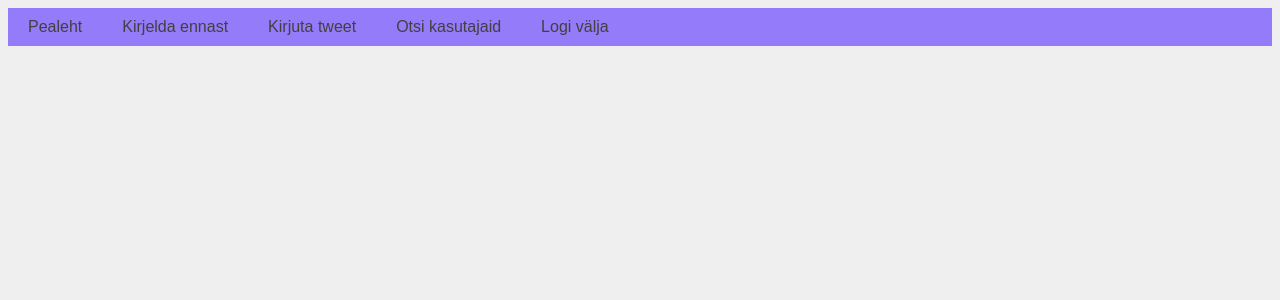
Repository: kairitsims/tarkvaratehnika
Page: Fitt/src/main/main.html
These files come from the project's save history. The page is drawn as it stood at one moment and after the next save; the edit follows.
The browser window is 1280 px wide. The pictures show the whole page.

Above is the page before, as saved 2017-02-18 16:17:44.

### Fitt/src/main/main.html
<!DOCTYPE html>
<html>

<head>
    <meta charset="utf-8">
    <title>Esileht</title>
    <link rel = "stylesheet" href="style.css">
</head>

<body>

<div>
    <ul>
        <li><a href="main.php">Pealeht</a></li>
        <li><a href="description.php">Kirjelda ennast</a></li>
        <li><a href="tweet.php">Kirjuta tweet</a></li>
        <li><a href="search.php">Otsi kasutajaid</a></li>
        <li><a href="logout.php">Logi välja</a></li>
    </ul>
</div>


</body>
</html>

### Fitt/src/main/style.css
body{
    background-color: #efefef;
    font-family: sans-serif;
    text-align: center;
}

 .main{
    width: 500px;
    height: 400px;
    background-color: white;
    color: #4a4a4a;
    margin-left: auto;
    margin-right: auto;
    margin-top: 100px;
}

.tableStyle{
    margin-left: auto;
    margin-right: auto;
}

button{
    background-color: #558ED5;
    color: white;
    border: none;
    margin-left: auto;
    margin-right: auto;
    text-align: center;
    text-decoration: none;
    display: inline-block;
    font-size: 16px;
    cursor: pointer;
    margin-top: 20px;
    width: 70px;
    height: 50px;
}

input[type="text"] {
    width: 150px;
}

input[type="password"] {
    width: 150px;
}

ul {
    list-style-type: none; /*Eemaldab punktid listi eest*/
    margin: 0; /*Eemaldab brauseri standartseaded*/
    padding: 0; /*Eemaldab brauseri standartseaded*/
    overflow: hidden;
    background-color: #937bfa;
}

li {
    float: left; /*Selle abil sain menüü horisontaalseks*/
}

li a {
    display: block; /*ruudu kujulised menüülingid*/
    color: #414141; /*menüü teksti värv*/
    text-align: center;
    padding: 10px 20px; /*Menüükastide suurused*/
    text-decoration: none;
}

li a:hover {
    background-color: #dbdbdb; /*Peale liikudes muudab värvi menüü valik*/
}

After the next save:
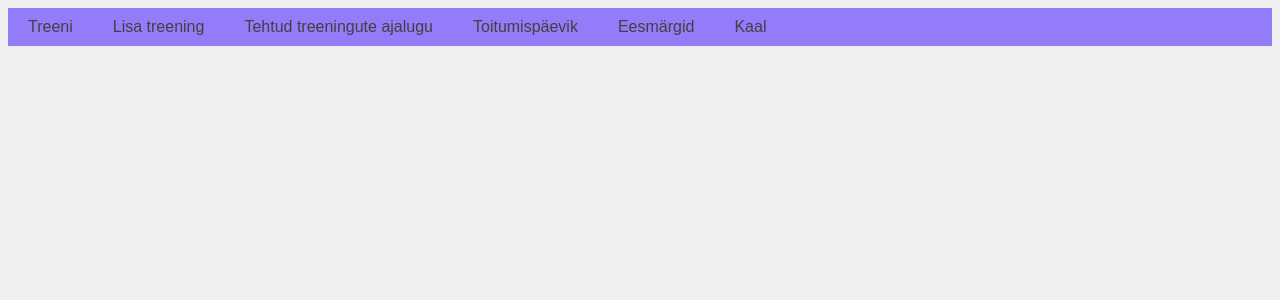
Saved 5 min 4 s later.
--- a/Fitt/src/main/main.html
+++ b/Fitt/src/main/main.html
@@ -11,11 +11,12 @@
 
 <div>
     <ul>
-        <li><a href="main.php">Pealeht</a></li>
-        <li><a href="description.php">Kirjelda ennast</a></li>
-        <li><a href="tweet.php">Kirjuta tweet</a></li>
-        <li><a href="search.php">Otsi kasutajaid</a></li>
-        <li><a href="logout.php">Logi välja</a></li>
+        <li><a href="main.php">Treeni</a></li>
+         <li><a href="description.php">Lisa treening</a></li>
+        <li><a href="description.php">Tehtud treeningute ajalugu</a></li>
+        <li><a href="tweet.php">Toitumispäevik</a></li>
+        <li><a href="search.php">Eesmärgid</a></li>
+        <li><a href="logout.php">Kaal</a></li>
     </ul>
 </div>
 
